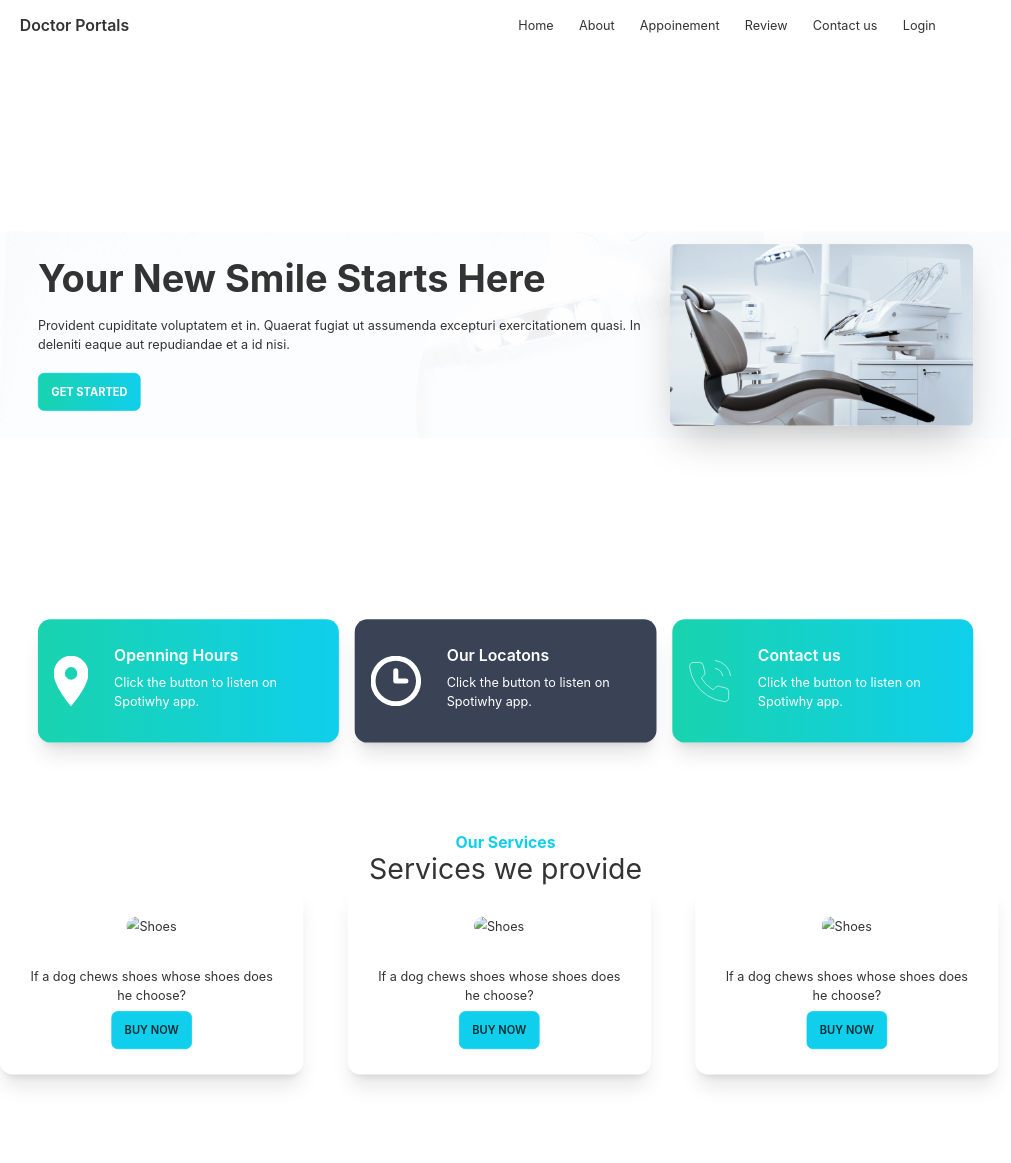
Repository: devsajid/doctors-portal-client
Page: /
These files come from the project's save history. The page is drawn as it stood at one moment and after a run of saves; the edit follows.
The browser window is 1280 px wide. The pictures show the whole page, at 79% of full size.
Backgrounds fixed to the window are drawn as part of the page. The project was rebuilt for these pictures with package versions that can differ from the ones it lists, and the page was loaded fresh each time. Also part of the build but not shown: src/App.css, src/Pages/About/About.js, src/Pages/Appoinment/Appoinment.js, src/Pages/Contact/Contact.js, src/Pages/Login/Login.js, src/Pages/Review/Review.js.

Above is the page before, as saved 2022-08-05 21:56:41.

### src/index.js
import React from "react";
import ReactDOM from "react-dom/client";
import "./index.css";
import App from "./App";
import reportWebVitals from "./reportWebVitals";
import { BrowserRouter } from "react-router-dom";
const root = ReactDOM.createRoot(document.getElementById("root"));
root.render(
  <React.StrictMode>
    <BrowserRouter>
      <App />
    </BrowserRouter>
  </React.StrictMode>
);

reportWebVitals();

### src/App.js
import "./App.css";
import Navbar from "./Pages/Home/Share/Navbar/Navbar";
import { Routes, Route } from "react-router-dom";
import Home from "./Pages/Home/Home";
import About from "./Pages/About/About";
import Appoinement from "./Pages/Appoinment/Appoinment";
import Contact from "./Pages/Contact/Contact";
import Login from "./Pages/Login/Login";
import Review from "./Pages/Review/Review";
function App() {
  return (
    <div>
      <Navbar></Navbar>
      <Routes>
        <Route path="/" element={<Home />} />
        <Route path="about" element={<About />} />
        <Route path="appoinement" element={<Appoinement />} />
        <Route path="contact" element={<Contact />} />
        <Route path="login" element={<Login />} />
        <Route path="review" element={<Review />} />
      </Routes>
    </div>
  );
}

export default App;

### src/Pages/Home/Share/Navbar/Navbar.js
import React from "react";
import { Link } from "react-router-dom";

const Navbar = () => {
  const menuItem = (
    <>
      {" "}
      <li>
        <Link to="/">Home</Link>
      </li>
      <li>
        <Link to="about">About</Link>
      </li>
      <li>
        <Link to="appoinement">Appoinement</Link>
      </li>
      <li>
        <Link to="review">Review</Link>
      </li>
      <li>
        <Link to="contact">Contact us</Link>
      </li>
      <li>
        <Link to="login">Login</Link>
      </li>
    </>
  );
  return (
    <div>
      <div class="navbar   bg-base-100">
        <div class="navbar-start">
          <div class="dropdown">
            <label tabindex="0" class="btn btn-ghost lg:hidden">
              <svg
                xmlns="http://www.w3.org/2000/svg"
                class="h-5 w-5"
                fill="none"
                viewBox="0 0 24 24"
                stroke="currentColor"
              >
                <path
                  stroke-linecap="round"
                  stroke-linejoin="round"
                  stroke-width="2"
                  d="M4 6h16M4 12h8m-8 6h16"
                />
              </svg>
            </label>
            <ul
              tabindex="0"
              class="menu menu-compact dropdown-content mt-3 p-2 shadow bg-base-100 rounded-box w-52"
            >
              {menuItem}
            </ul>
          </div>
          <a class="btn btn-ghost normal-case text-xl">Doctor Portals</a>
        </div>
        <div class="navbar-center hidden lg:flex">
          <ul class="menu menu-horizontal p-0">{menuItem}</ul>
        </div>
      </div>
    </div>
  );
};

export default Navbar;

### src/Pages/Home/Home.js
import React from "react";
import Services from "../Services/Services";
import Banner from "./Banner/Banner";
import Info from "./Info/Info";

const Home = () => {
  return (
    <div>
      <Banner></Banner>
      <Info></Info>
      <Services></Services>
    </div>
  );
};

export default Home;

### src/Pages/Services/Services.js
import React from "react";
import flouride from "../../assets/images/flouride.png";
import cavity from "../../assets/images/cavity.png";
import whitening from "../../assets/images/whitening.png";
import Service from "./Service";
const Services = () => {
  const services = [
    {
      _id: 1,
      name: "Flouride Treatment",
      description: "fdgghgfh sadshdshfdsf dshfasdgsad",
      img: flouride,
    },
    {
      _id: 2,
      name: "Flouride Treatment",
      description: "fdgghgfh sadshdshfdsf dshfasdgsad",
      img: cavity,
    },
    {
      _id: 3,
      name: "Flouride Treatment",
      description: "fdgghgfh sadshdshfdsf dshfasdgsad",
      img: whitening,
    },
  ];
  return (
    <div className="my-28">
      <div className="text-center">
        <h3 className="text-primary text-xl font-bold upparecase">
          Our Services
        </h3>
        <h1 className="text-4xl">Services we provide</h1>
      </div>
      <div className="grid sm:grid-cols-1 md:grid-cols-2 lg:grid-cols-3 gap-10">
        {" "}
        {services.map((service) => (
          <Service key={service._id} service={service}></Service>
        ))}
      </div>
    </div>
  );
};

export default Services;

### src/Pages/Home/Banner/Banner.js
import React from "react";
import chair from "../../../assets/images/chair.png";
import bg from "../../../assets/images/bg.png";
const Banner = () => {
  return (
    <div>
      <div class="hero min-h-screen ">
        <div
          class="hero-content bg-fixed px-12 flex-col lg:flex-row-reverse"
          style={{ backgroundImage: `url(${bg})` }}
        >
          <img src={chair} class="max-w-sm rounded-lg shadow-2xl" />
          <div>
            <h1 class="text-5xl font-bold">Your New Smile Starts Here</h1>
            <p class="py-6">
              Provident cupiditate voluptatem et in. Quaerat fugiat ut assumenda
              excepturi exercitationem quasi. In deleniti eaque aut repudiandae
              et a id nisi.
            </p>
            <button class="btn btn-primary uppercase text-white font-bold bg-gradient-to-r from-secondary to-primary">
              Get Started
            </button>
          </div>
        </div>
      </div>
    </div>
  );
};

export default Banner;

### src/Pages/Home/Info/Info.js
import React from "react";
import InfoCard from "../Info/InfoCard";
import clock from "../../../assets/icons/clock.svg";
import marker from "../../../assets/icons/marker.svg";
import phone from "../../../assets/icons/phone.svg";
const Info = () => {
  return (
    <div className="grid grid-cols-1 lg:grid-cols-3 gap-5 px-12">
      <InfoCard
        cardTitle="Openning Hours"
        bgClass="bg-gradient-to-r from-secondary to-primary"
        img={marker}
      ></InfoCard>
      <InfoCard
        cardTitle="Our Locatons"
        bgClass="bg-accent"
        img={clock}
      ></InfoCard>
      <InfoCard
        cardTitle="Contact us"
        bgClass="bg-gradient-to-r from-secondary to-primary"
        img={phone}
      ></InfoCard>
    </div>
  );
};

export default Info;

### src/Pages/Services/Service.js
import React from "react";

const Service = (service) => {
  return (
    <div class="card w-96 bg-base-100 shadow-xl">
      <figure class="px-10 pt-10">
        <img src={service.img} alt="Shoes" class="rounded-xl" />
      </figure>
      <div class="card-body items-center text-center">
        <h2 class="card-title">{service.name}</h2>
        <p>If a dog chews shoes whose shoes does he choose?</p>
        <div class="card-actions">
          <button class="btn btn-primary">Buy Now</button>
        </div>
      </div>
    </div>
  );
};

export default Service;

### src/Pages/Home/Info/InfoCard.js
import React from "react";

const InfoCard = ({ img, cardTitle, bgClass }) => {
  return (
    <div class={`card lg:card-side shadow-xl ${bgClass}`}>
      <figure className="pl-5">
        <img src={img} alt="Album" />
      </figure>
      <div class="card-body text-white">
        <h2 class="card-title">{cardTitle}</h2>
        <p>Click the button to listen on Spotiwhy app.</p>
        <div class="card-actions justify-end"></div>
      </div>
    </div>
  );
};

export default InfoCard;

### tailwind.config.js
/** @type {import('tailwindcss').Config} */
module.exports = {
  content: ["./src/**/*.{html,js}"],
  theme: {
    extend: {},
  },
  daisyui: {
    themes: [
      {
        doctortheme: {
          primary: "#0fcfec",
          secondary: "#19D3AE",
          accent: "#3A4256",
          neutral: "#3d4451",
          "base-100": "#ffffff",
        },
      },
      "dark",
      "cupcake",
    ],
  },
  plugins: [require("daisyui")],
};

Loaded but not shown: public/index.html (common file); src/index.css (common file); src/reportWebVitals.js (common file)

After the next 5 saves:
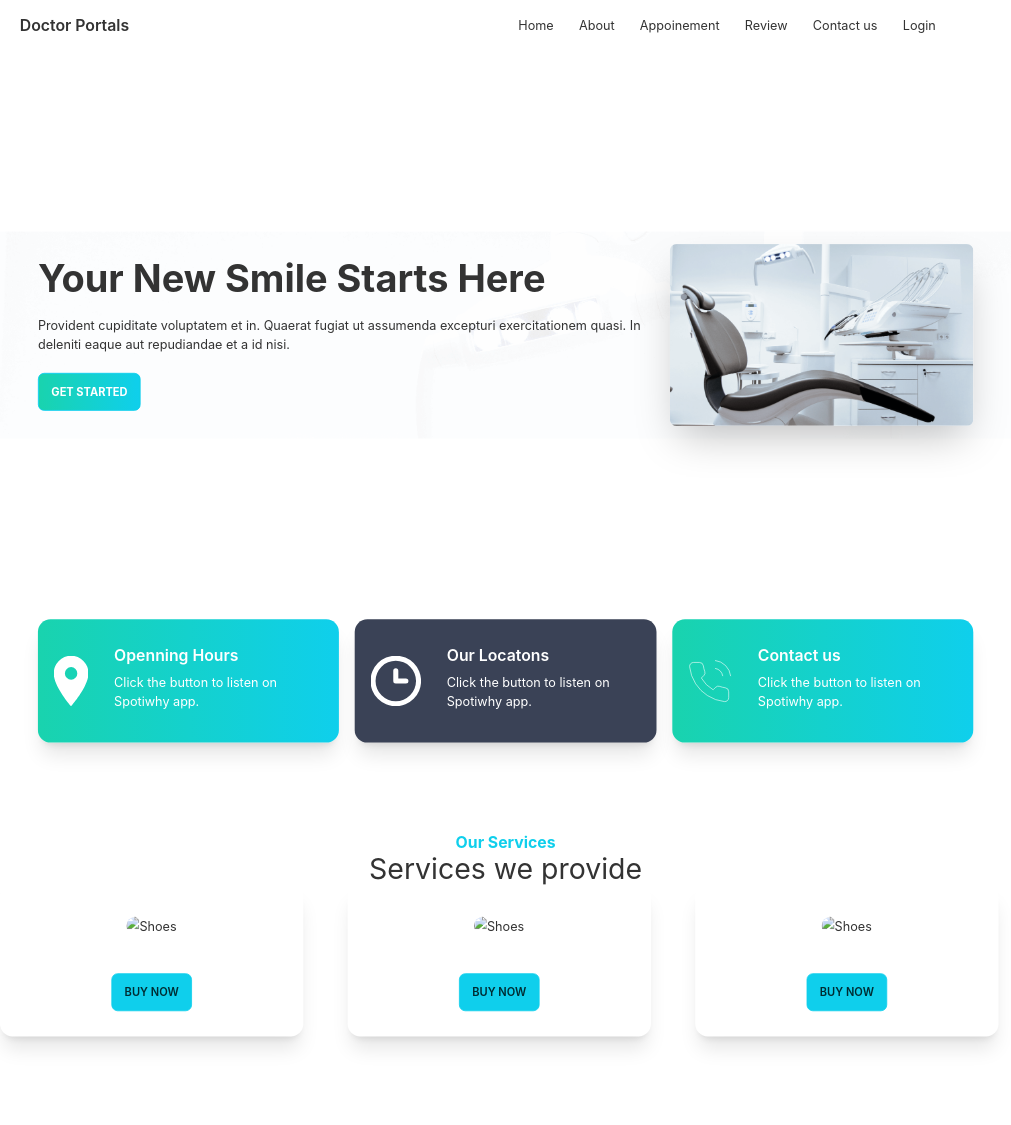
The 5 saves are shown as one change because they came seconds apart.
The last was saved 19 s later.
--- a/src/Pages/Services/Service.js
+++ b/src/Pages/Services/Service.js
@@ -8,7 +8,7 @@ const Service = (service) => {
       </figure>
       <div class="card-body items-center text-center">
         <h2 class="card-title">{service.name}</h2>
-        <p>If a dog chews shoes whose shoes does he choose?</p>
+        <p>{Service.descr}</p>
         <div class="card-actions">
           <button class="btn btn-primary">Buy Now</button>
         </div>
